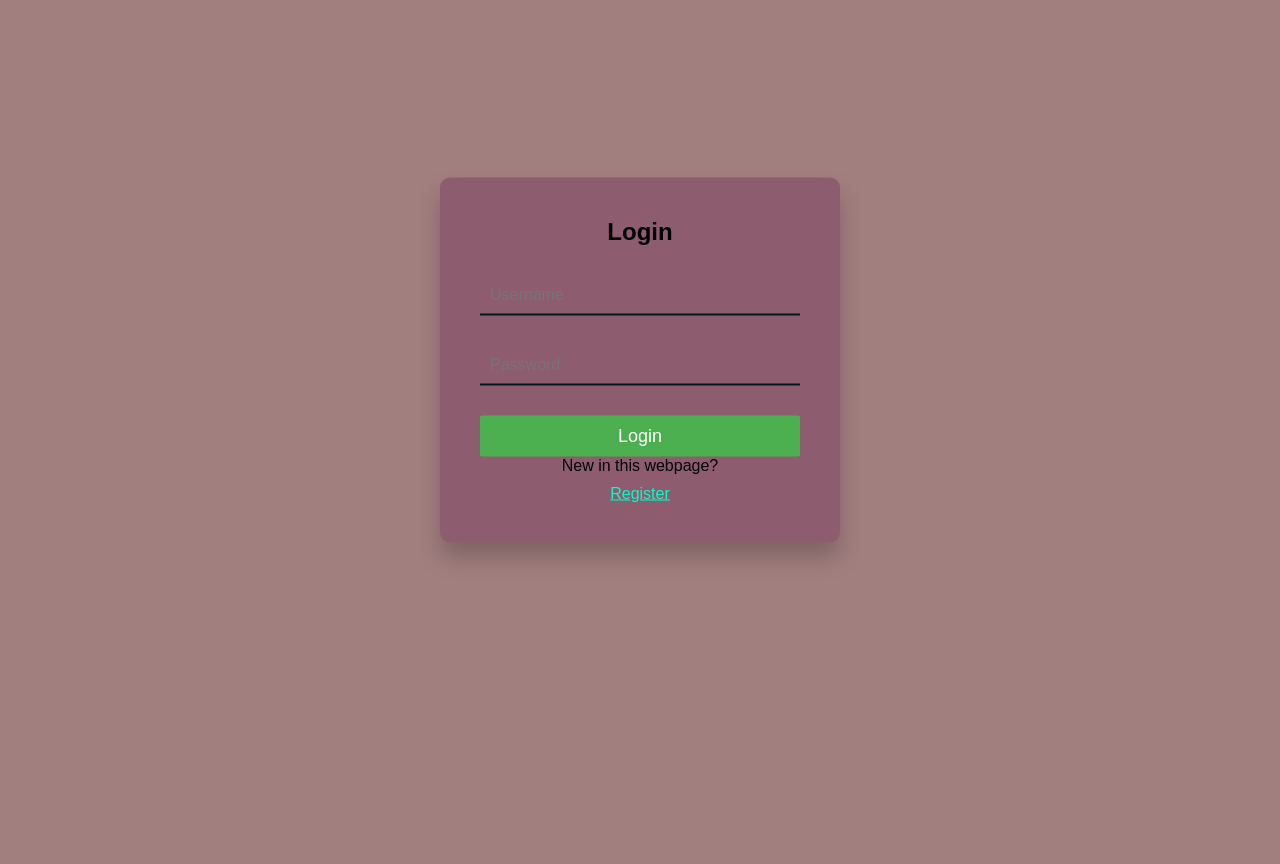
Repository: SRBshakib/Safe-Food---DBMS-project
Page: Organaization/login.html
These files come from the project's save history. The page is drawn as it stood at one moment and after the next save; the edit follows.
The browser window is 1280 px wide. The pictures show the whole page.

Above is the page before, as saved 2024-11-10 22:06:17.

After the next save:
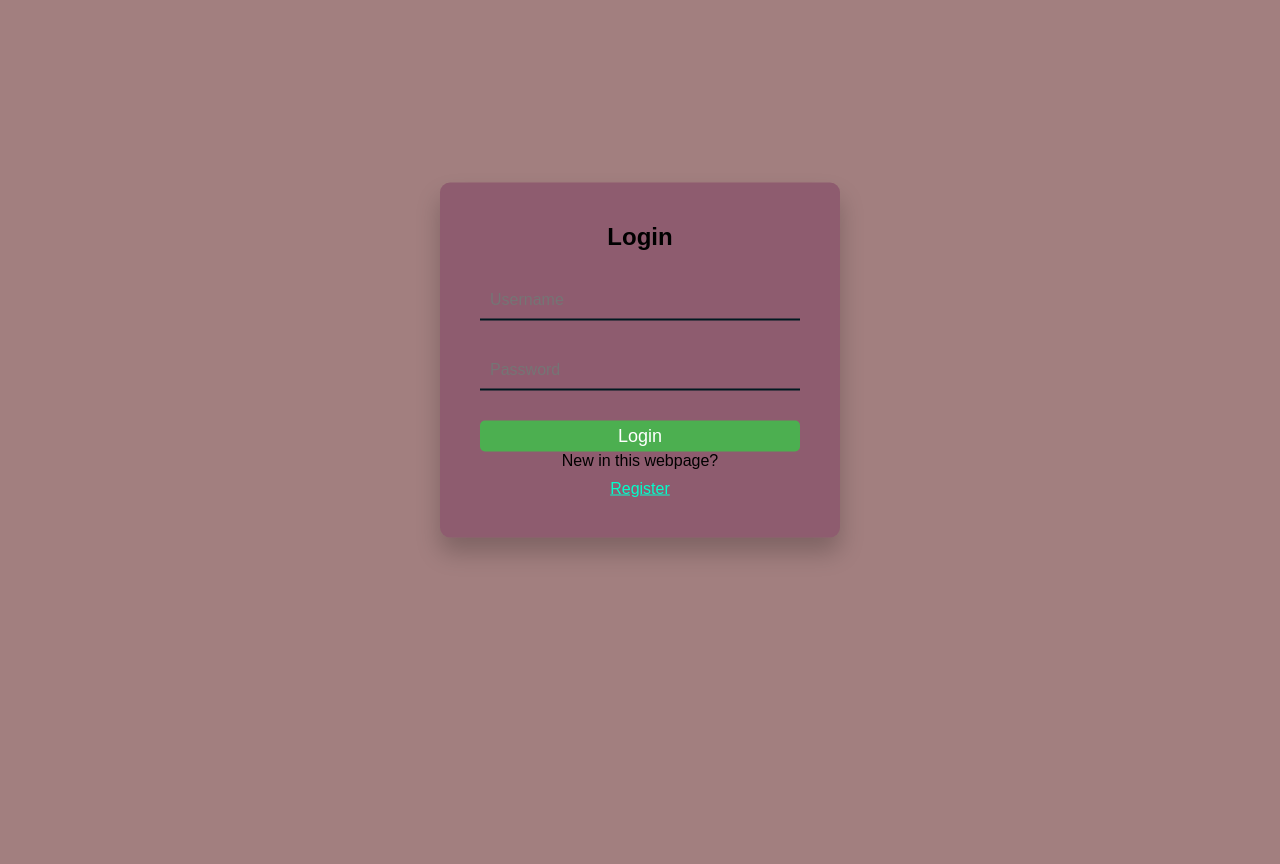
Saved 27 s later.
--- a/Organaization/style_login.css
+++ b/Organaization/style_login.css
@@ -52,14 +52,14 @@ body {
 .btn {
     display: inline-block;
     width: 100%;
-    padding: 10px;
+    padding: 5px;
     background: #4caf50;
     border: none;
     outline: none;
     color: #fff;
     font-size: 18px;
     cursor: pointer;
-    border-radius: 2px;
+    border-radius: 5px;
     transition: background 0.3s, box-shadow 0.3s;
 }
 
